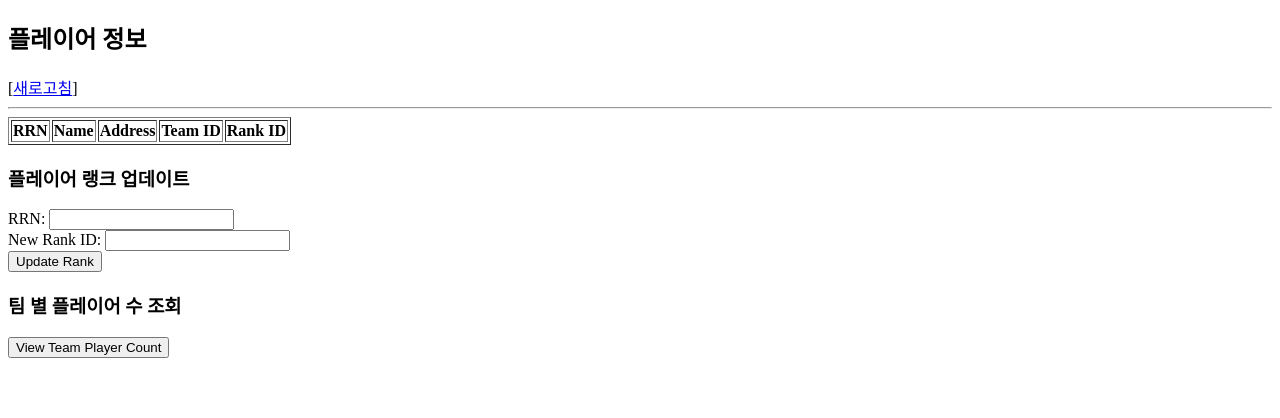
Repository: HappiKing/KNU_Database_ORACLE
Page: http://localhost/gg/playerControl?action=list
An editor plug-in stored every save of this project. The page is shown before and after the next save, followed by the edit.
The browser window is 1280 px wide. The pictures show the whole page.
The page is served by Tomcat 9. Queries for data that is not in the repository find no rows.

Above is the page before, as saved 2024-06-17 16:40:25.

After the next save:
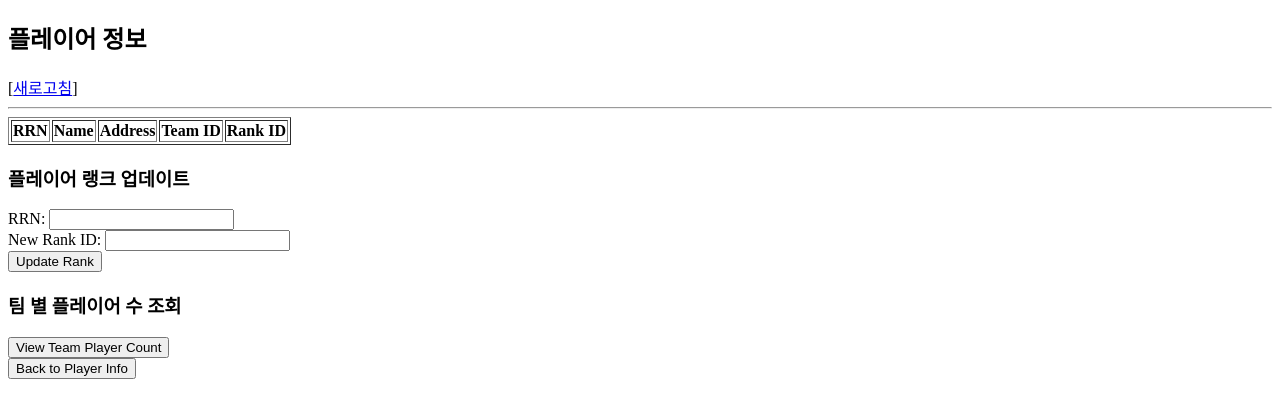
Saved 19 s later.
--- a/DB_futsal/test/gg/src/main/webapp/futsal/playerInfo.jsp
+++ b/DB_futsal/test/gg/src/main/webapp/futsal/playerInfo.jsp
@@ -43,5 +43,10 @@
     <input type="hidden" name="action" value="teamPlayerCount">
     <input type="submit" value="View Team Player Count">
   </form>
+
+  <form action="/gg/playerControl" method="get">
+    <input type="hidden" name="action" value="list">
+    <input type="submit" value="Back to Player Info">
+  </form>
 </body>
 </html>

After the save that followed:
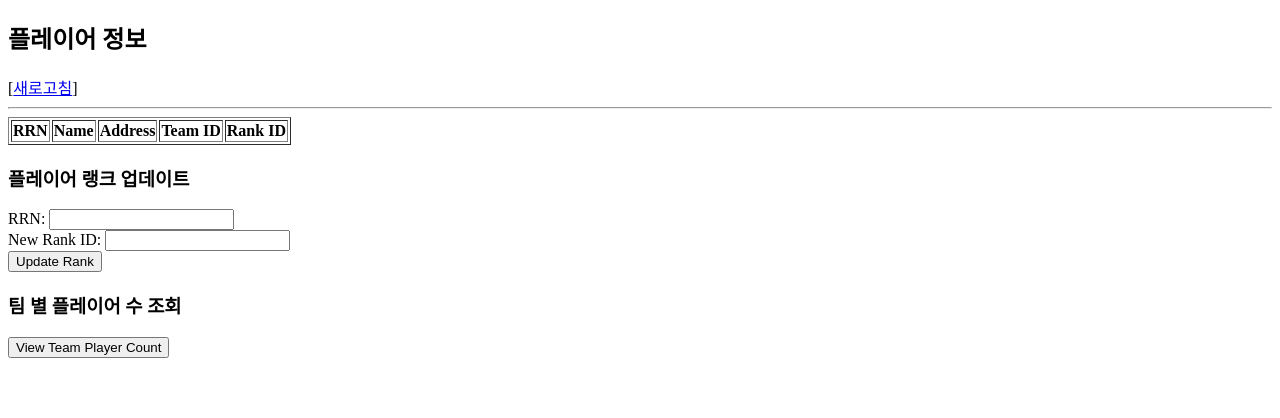
Saved 14 s later.
--- a/DB_futsal/test/gg/src/main/webapp/futsal/playerInfo.jsp
+++ b/DB_futsal/test/gg/src/main/webapp/futsal/playerInfo.jsp
@@ -44,9 +44,5 @@
     <input type="submit" value="View Team Player Count">
   </form>
 
-  <form action="/gg/playerControl" method="get">
-    <input type="hidden" name="action" value="list">
-    <input type="submit" value="Back to Player Info">
-  </form>
 </body>
 </html>
